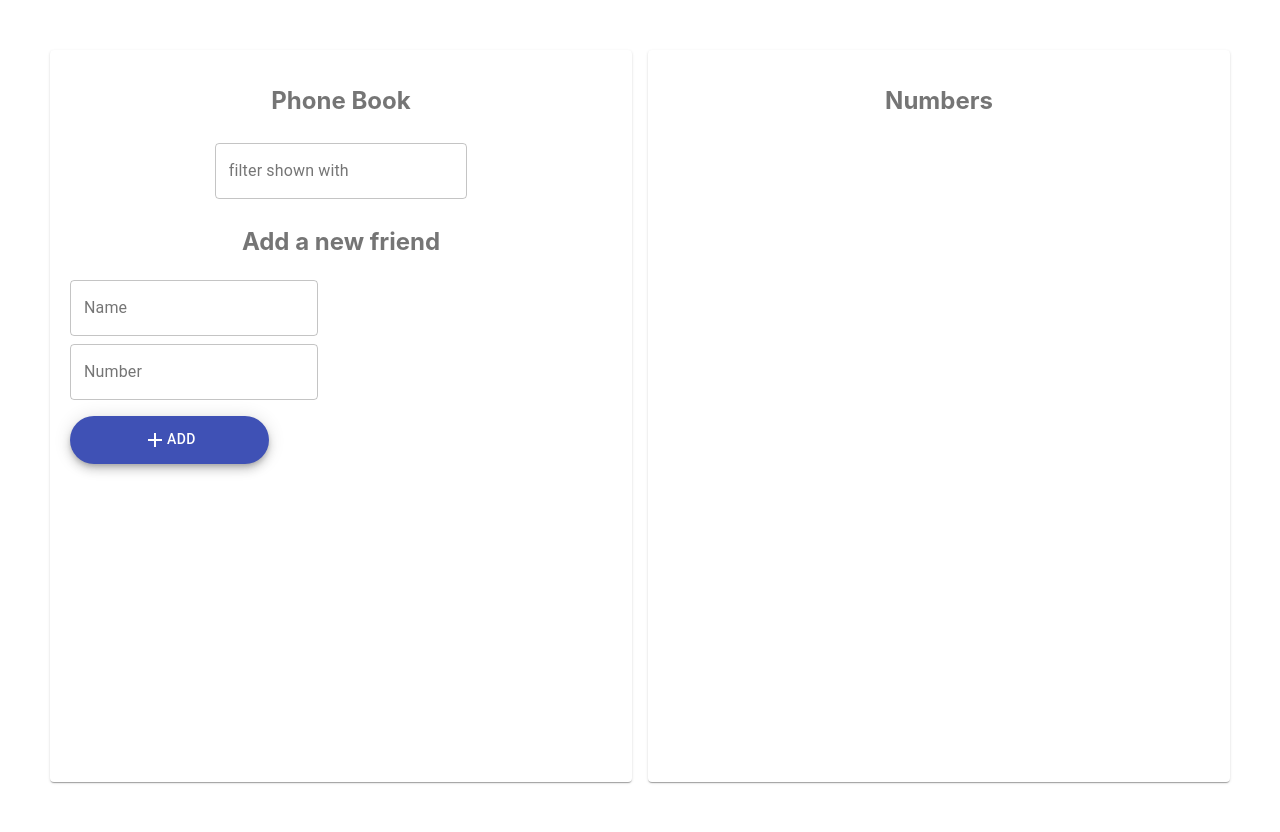
Repository: StacyLafume/phone-book
Page: / (app in phone-book/)
An editor plug-in stored every save of this project. The page is shown before and after the next save, followed by the edit.
The browser window is 1280 px wide. The pictures show the whole page.
The page's requests for data from a server got no answer. The project was rebuilt for these pictures with package versions that can differ from the ones it lists, and the page was loaded fresh each time. No one was signed in, and anything a server would have sent is missing. Also part of the build but not shown: phone-book/src/PhoneBook.js.

Above is the page before, as saved 2021-04-01 20:26:41.

After the next save:
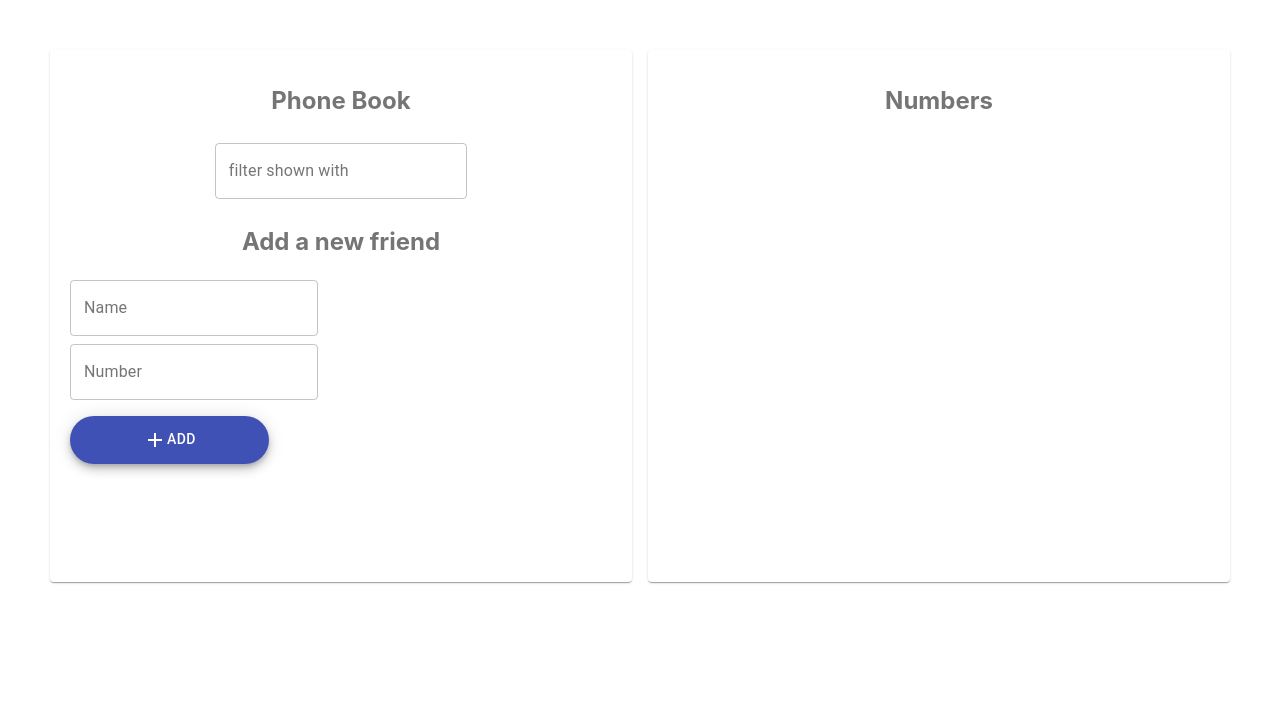
Saved 24 s later.
--- a/phone-book/src/App.js
+++ b/phone-book/src/App.js
@@ -31,7 +31,7 @@ const App = () => {
       justifyItems: 'center',
       color: theme.palette.text.secondary,
       overflow: 'auto',
-      height: 700,
+      height: 500,
 
     },
   }));
